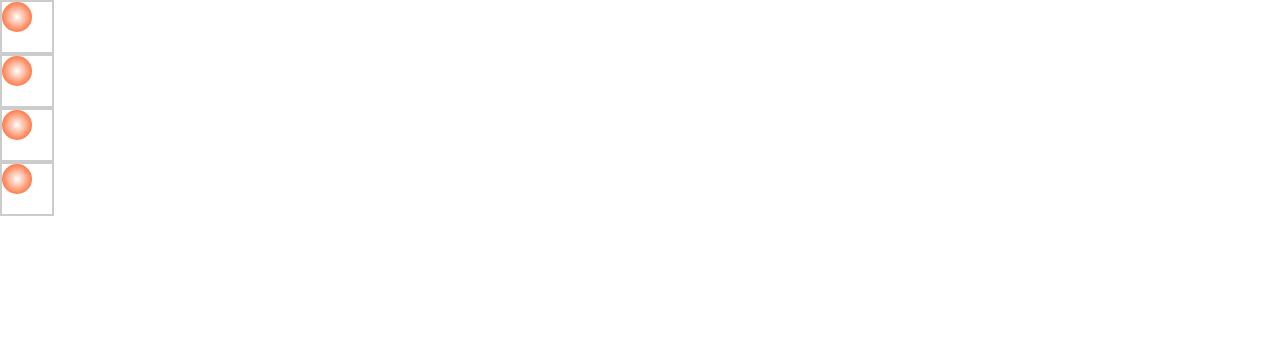
Repository: Gstring-w/TypeScript-React-ThreeWordGame
Page: / (app in my-app/)
The author's editor kept a copy of each file at every save. The page is drawn from the files as they stood at one save, then again after the next save.
The browser window is 1280 px wide. The pictures show the whole page.
The project was rebuilt for these pictures with package versions that can differ from the ones it lists, and the page was loaded fresh each time.

Above is the page before, as saved 2019-07-01 14:56:00.

After the next save:
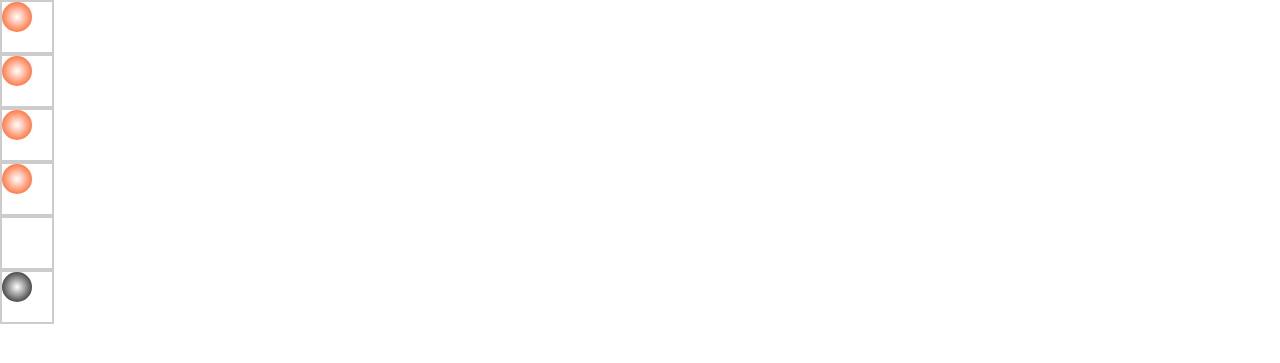
Saved 25 s later.
--- a/my-app/src/components/Map.tsx
+++ b/my-app/src/components/Map.tsx
@@ -7,7 +7,9 @@ export default class Map extends React.Component {
       { type: ChessType.red, loaction: 0 },
       { type: ChessType.red, loaction: 1 },
       { type: ChessType.red, loaction: 2 },
-      { type: ChessType.red, loaction: 3 }
+      { type: ChessType.red, loaction: 3 },
+      { type: ChessType.none, loaction: 3 },
+      { type: ChessType.black, loaction: 3 }
     ]
   };
 
